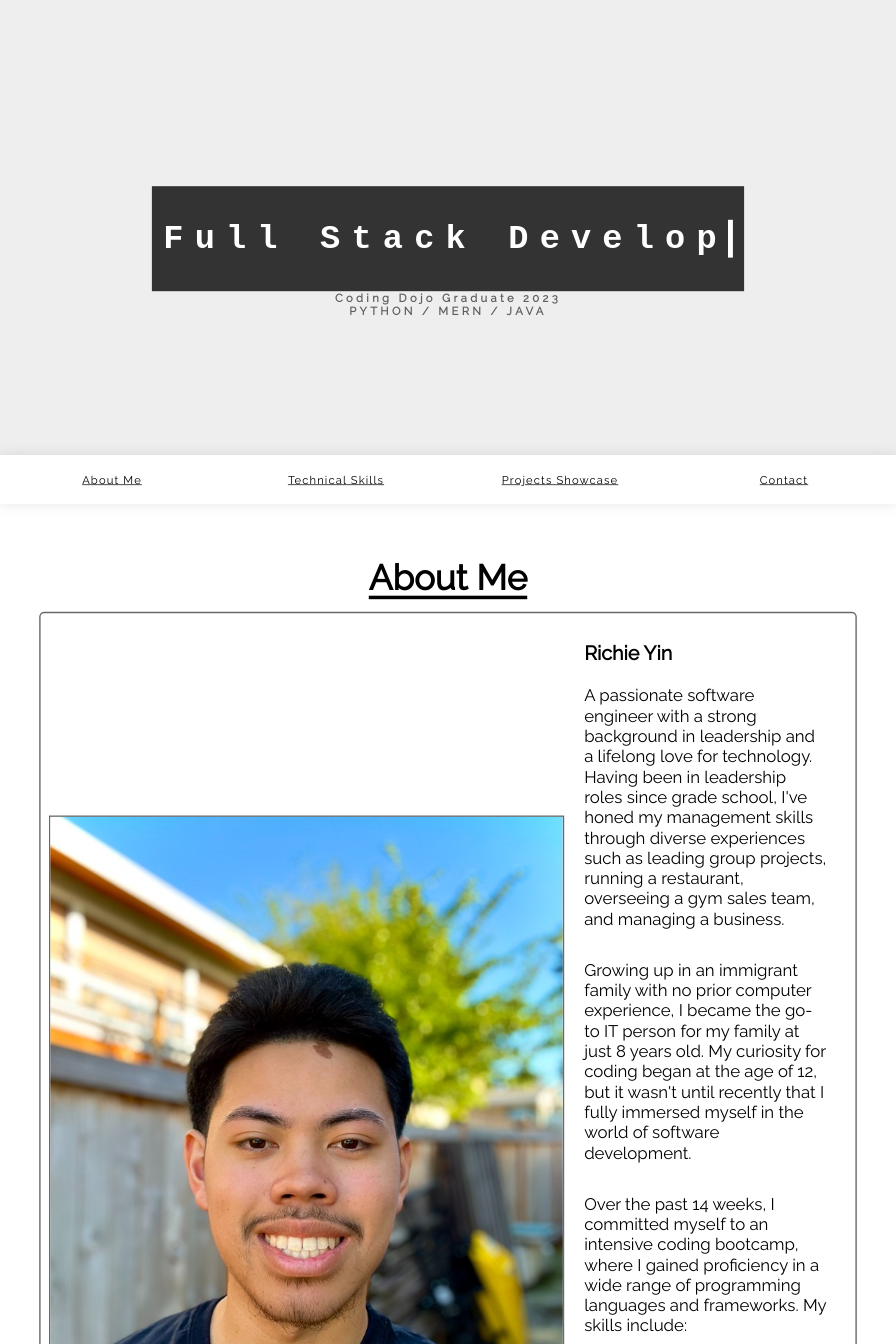
Repository: RICHIE-YIN/Personal-Portfolio
Page: index.html
An editor plug-in stored every save of this project. The page is shown before and after the next save, followed by the edit.
The browser window is 1280 px wide. The pictures show the part of the page from y = 0 to 1920 px (the page is 4183 px tall), at 70% of full size.
Some web fonts or font styles are not loaded; a fallback is used.

Above is the page before, as saved 2023-06-12 18:18:06.
Console error: TypeError: Cannot read properties of null (reading 'getBoundingClientRect')

### index.html
<!DOCTYPE html>
<html lang="en">
<head>
    <meta charset="UTF-8">
    <meta http-equiv="X-UA-Compatible" content="IE=edge">
    <meta name="viewport" content="width=device-width, initial-scale=1.0">
    <title>Document</title>
    <link rel="stylesheet" href="styles.css">
    <style></style>
    <style>
        @import url('https://fonts.googleapis.com/css2?family=Balsamiq+Sans&family=Raleway&family=Roboto&display=swap');
    </style>
</head>
<body>
    <div class="container">
        <section class="et-hero-tabs">
            <div class="typewriter">
                <h1 id="text">Richie Yin</h1>
            </div>
            <h3>Coding Dojo Graduate 2023</h3>
            <h3>PYTHON / MERN / JAVA</h3>
            <div id="navbar" class="et-hero-tabs-container">
                <a class="et-hero-tab" href="#profile-section">About Me</a>
                <a class="et-hero-tab" href="#skills-section">Technical Skills</a>
                <a class="et-hero-tab" href="#section5">Projects Showcase</a>
                <a class="et-hero-tab" href="#section7">Contact</a>
                <span class="et-hero-tab-slider"></span>
            </div>

        </section>
        <br>
        <br>
        <br>
        <br>
        <div id="profile-section" class="profile-section">
            <h1 id="about-me">About Me</h1>
            <br>
            <div class="profile-content">
                <img src="download.jpeg" alt="picture">
                <div class="profile-text">
                    <h3>Richie Yin</h3>
                    <br>
                    <p>A passionate software engineer with a strong background in leadership and a lifelong love for technology. Having been in leadership roles since grade school, I've honed my management skills through diverse experiences such as leading group projects, running a restaurant, overseeing a gym sales team, and managing a business.
                    <br>
                    <br>
                    <p>Growing up in an immigrant family with no prior computer experience, I became the go-to IT person for my family at just 8 years old. My curiosity for coding began at the age of 12, but it wasn't until recently that I fully immersed myself in the world of software development.
                    <br>
                    <br>
                    <p>Over the past 14 weeks, I committed myself to an intensive coding bootcamp, where I gained proficiency in a wide range of programming languages and frameworks. My skills include:</p>
                    <br>
                    <ul>
                        <li><strong>Web Fundamentals:</strong> HTML5 / CSS3 / JavaScript / jQuery</li>
                        <li><strong>Python:</strong> Python / Flask / Flask + MySQL</li>
                        <li><strong>MERN:</strong> JavaScript / MongoDB / Express / React / Node.js / Deployment</li>
                        <li><strong>Java:</strong> Java / Spring / Java + MySQL</li>
                        <li><strong>Databases:</strong> MongoDB / MySQL</li>
                        <li><strong>Extras:</strong> APIs / RESTful Routing / Git / Github</li>
                    </ul>
                    <br>
                    <a href="https://docs.google.com/document/d/1qb6DIM2U-Qcg0YsSM7015CJVzUlQM7WXHSe1P5fYUa4/edit?usp=sharing">View My Resume!</a>
                    <br>
                </div>
            </div>
        </div>
        <br>
        <br>
        <br>
        <br>
        <div id="skills-section" class="skills-section">
            <h2 id="technical-skills">Technical Skills</h2>
            <div class="card-container">
                <div class="card card1">
                    <h3 class="web">Web Fundamentals</h3>
                    <p>In our Web Fundamentals stack, we learned the fundamental basics of HTML/HTML5, CSS/CSS3, Basic JavaScript, and jQuery</p>
                    <ul>
                        <li>HTML 5</li>
                        <li>CSS 3</li>
                        <li>JavaScript</li>
                        <li>jQuery</li>
                        <li>Git/Github</li>
                        <li>Bootstrap</li>
                    </ul>
                </div>
                <div class="card card2">
                    <h3 class="python">Python</h3>
                    <p>In our Python stack, we learned Basic Python, Python Fundamentals, Python OOP, Flask, Flask + MySQL, and finally Full Stack CRUD Python</p>
                    <ul>
                        <li>Python</li>
                        <li>Flask</li>
                        <li>MySQL</li>
                        <li>APIs</li>
                    </ul>
                </div>
                <div class="card card3">
                    <h3 class="mern">MERN</h3>
                    <p>In our MERN stack, we learned advanced JavaScript, JavaScript Fundamentals, JavaScript OOP, Node, Node.js, MongoDB, React, and finally Full Stack CRUD MERN.</p>
                    <ul>
                        <li>MongoDB</li>
                        <li>Express</li>
                        <li>React</li>
                        <li>Node.js</li>
                        <li>JavaScript</li>
                    </ul>
                </div>
                <div class="card card4">
                    <h3 class="java">Java</h3>
                    <p>In our Java stack, we learned Java fundamentals, Java OOP, Java Spring, Java + MySQL, and finally Full Stack CRUD Java Spring.</p>
                    <ul>
                        <li>Java 8</li>
                        <li>JavaSpring</li>
                        <li>MySQL</li>
                    </ul>
                </div>
            </div>
        </div>
        <br>
        <br>
        <br>
        <br>
        <div class="section5" id="section5">
            <h1 id="project-showcase">Project Showcase</h1>
            <br>
            <div class="l-container">
                <!-- Add the 'onclick' attribute to each card and pass a unique ID -->
                <div class="b-game-card" onclick="openPopup('project1')">
                    <div class="b-game-card__cover" style="background-image: url(/GymBud.PNG);"></div>
                </div>
                <div class="b-game-card" onclick="openPopup('project2')">
                    <div class="b-game-card__cover" style="background-image: url(/JobHunter.PNG);"></div>
                </div>
                <div class="b-game-card" onclick="openPopup('project3')">
                    <div class="b-game-card__cover" style="background-image: url(/Grab-N-Go.PNG);"></div>
                </div>
                <div class="b-game-card" onclick="openPopup('project4')">
                    <div class="b-game-card__cover" style="background-image: url(/To-Do-List.PNG);"></div>
                </div>
            </div>
        </div>
        <br>
        <br>
        <br>
        <br>
        <div class="section7" id="section7">
            <h1 id="contact-me">Contact Me</h1>
            <br>
            <div class="contact-box">
                <form id="contact-form" action="https://formspree.io/f/xbjewjrk" method="POST">
                <label for="name">Name:</label>
                <input type="text" id="name" name="name" required>

                <label for="email">Email:</label>
                <input type="email" id="email" name="email" required>

                <label for="message">Message:</label>
                <textarea id="message" name="message" required></textarea>

                <button type="submit">Send Message</button>
            </form>
            </div>
        </div>
        <br>
        <br>
        <br>
        <br>
        <div class="section6">
            <div class="section6-container">
                <div class="project-popup" id="project1" style="display: none;">
                    <div class="project-popup-content">
                        <img src="your_gif_url_here.gif" alt="Project 1">
                        <a href="your_project_link_here" target="_blank">Check out the project</a>
                        <button onclick="closePopup('project1')">Close</button>
                    </div>
                </div>
                <div class="project-popup" id="project2" style="display: none;">
                    <div class="project-popup-content">
                        <img src="your_gif_url_here.gif" alt="Project 2">
                        <a href="your_project_link_here" target="_blank">Check out the project</a>
                        <button onclick="closePopup('project2')">Close</button>
                    </div>
                </div>
                <div class="project-popup" id="project3" style="display: none;">
                    <div class="project-popup-content">
                        <img src="your_gif_url_here.gif" alt="Project 1">
                        <a href="your_project_link_here" target="_blank">Check out the project</a>
                        <button onclick="closePopup('project3')">Close</button>
                    </div>
                </div>
                <div class="project-popup" id="project4" style="display: none;">
                    <div class="project-popup-content">
                        <img src="your_gif_url_here.gif" alt="Project 4">
                        <a href="your_project_link_here" target="_blank">Check out the project</a>
                        <button onclick="closePopup('project4')">Close</button>
                    </div>
                </div>
            </div>
        </div>
    </div>
    <script src="script.js"></script>
    <script src="https://cdnjs.cloudflare.com/ajax/libs/vanilla-tilt/1.7.0/vanilla-tilt.min.js"></script>
</body>
</html>

### script.js
const typewriterElements = document.querySelectorAll('.typewriter h1');
typewriterElements.forEach((element) => {
  element.innerHTML = element.innerHTML.trim();
});

typewriterElements.forEach((element, index) => {
  setTimeout(() => {
    element.classList.remove('hidden');
  }, index * 2000); // Delay each text by 2 seconds
});

function openPopup(projectId) {
  document.getElementById(projectId).style.display = 'block';
}

function closePopup(projectId) {
  document.getElementById(projectId).style.display = 'none';
}

function projectPopup(idx) {
  let popup = document.querySelector(".project-popup");
  let popupContent = document.querySelector(".project-popup-content");
  let gifSrc = `your-gif-source-${idx}.gif`;
  let projectLink = `your-project-link-${idx}`;

  popupContent.innerHTML = `
      <div class="gif-container">
          <img src="${gifSrc}" alt="Project gif" />
      </div>
      <div class="link-container">
          <a href="${projectLink}" target="_blank">Check out the project</a>
          <button onclick="closePopup()">Close</button>
      </div>
  `;
  popup.style.display = "block";
}

window.addEventListener('scroll', function () {
	var navbar = document.getElementById('navbar');
	var firstSection = document.querySelector('.first-section'); // Replace this with the correct selector for your first section
	var rect = firstSection.getBoundingClientRect();
	var navbarPosition = rect.top + rect.height - navbar.offsetHeight;

	if (window.pageYOffset >= navbarPosition) {
		navbar.classList.add('sticky');
	} else {
		navbar.classList.remove('sticky');
	}
});

const textElement = document.getElementById('text');
const phrases = ['Richie Yin', 'Full Stack Developer'];
let index = 0;
let charIndex = 0;
let isDeleting = false;

function typeWriter() {
    const currentPhrase = phrases[index % phrases.length];

    if (isDeleting) {
        charIndex--;
    } else {
        charIndex++;
    }

    textElement.textContent = currentPhrase.slice(0, charIndex);

    let typeSpeed = isDeleting ? 100 : 150;

    if (charIndex === currentPhrase.length) {
        isDeleting = true;
        typeSpeed = 1000; // Pause after typing
    } else if (charIndex === 0) {
        isDeleting = false;
        index++; // Move to the next phrase
        typeSpeed = 500; // Pause before start typing
    }

    setTimeout(typeWriter, typeSpeed);
}

typeWriter();

Loaded but not shown: styles.css (615 lines, source omitted)

After the next save:
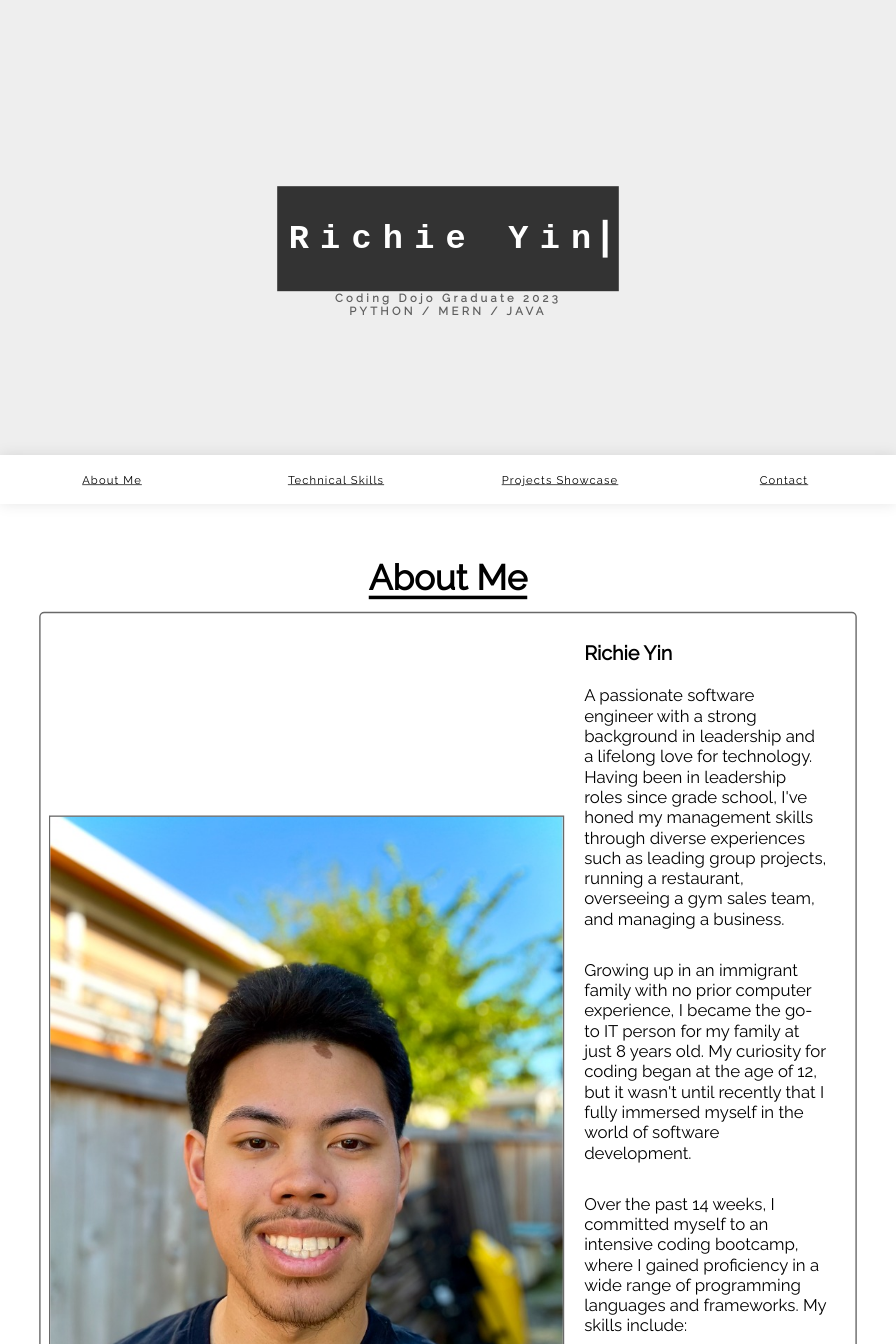
Saved 4 s later.
--- a/script.js
+++ b/script.js
@@ -58,7 +58,7 @@
     const currentPhrase = phrases[index % phrases.length];
 
     if (isDeleting) {
-        charIndex--;
+        // charIndex--;
     } else {
         charIndex++;
     }

After the save that followed:
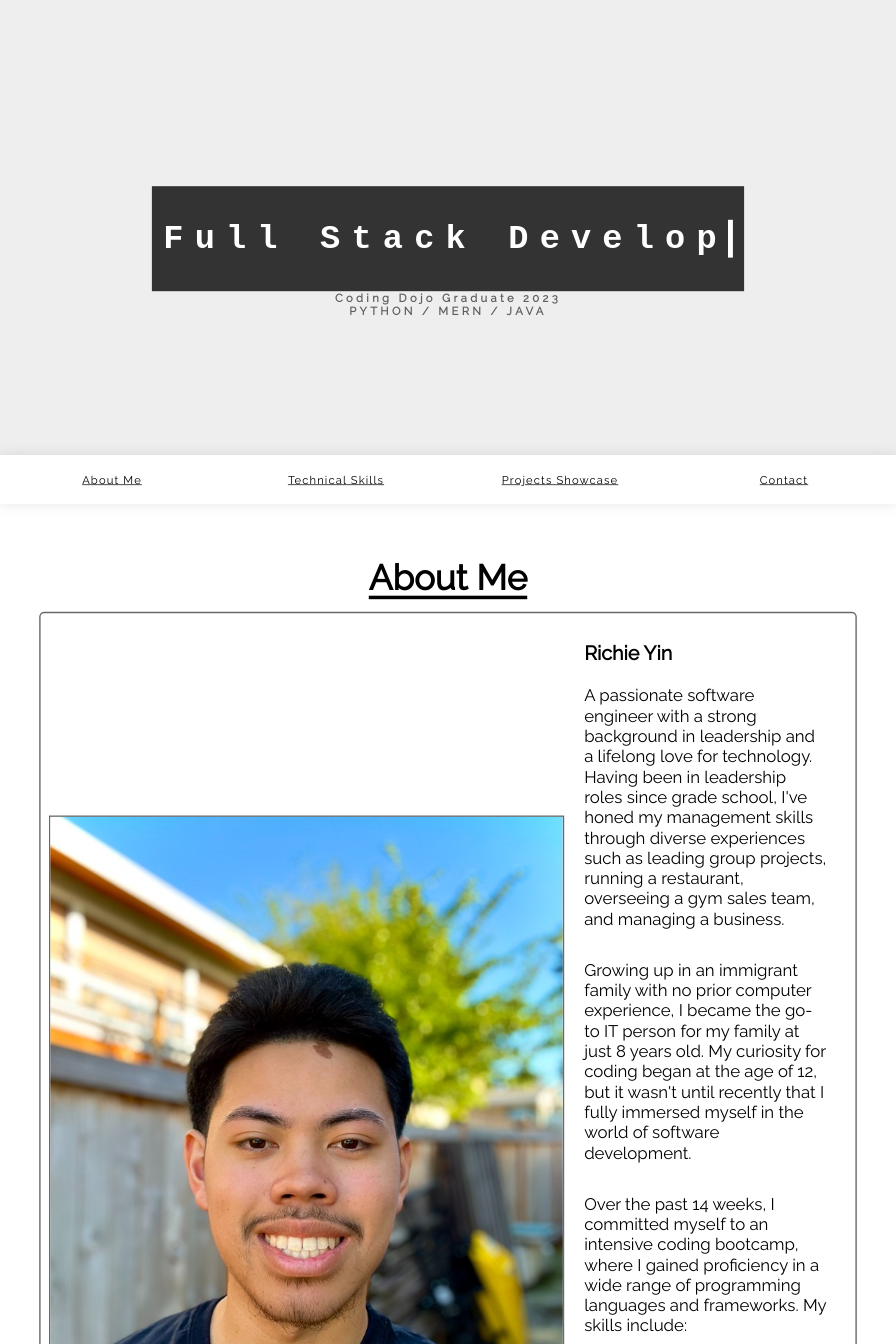
Saved 4 s later.
--- a/script.js
+++ b/script.js
@@ -58,7 +58,7 @@
     const currentPhrase = phrases[index % phrases.length];
 
     if (isDeleting) {
-        // charIndex--;
+        charIndex--;
     } else {
         charIndex++;
     }
